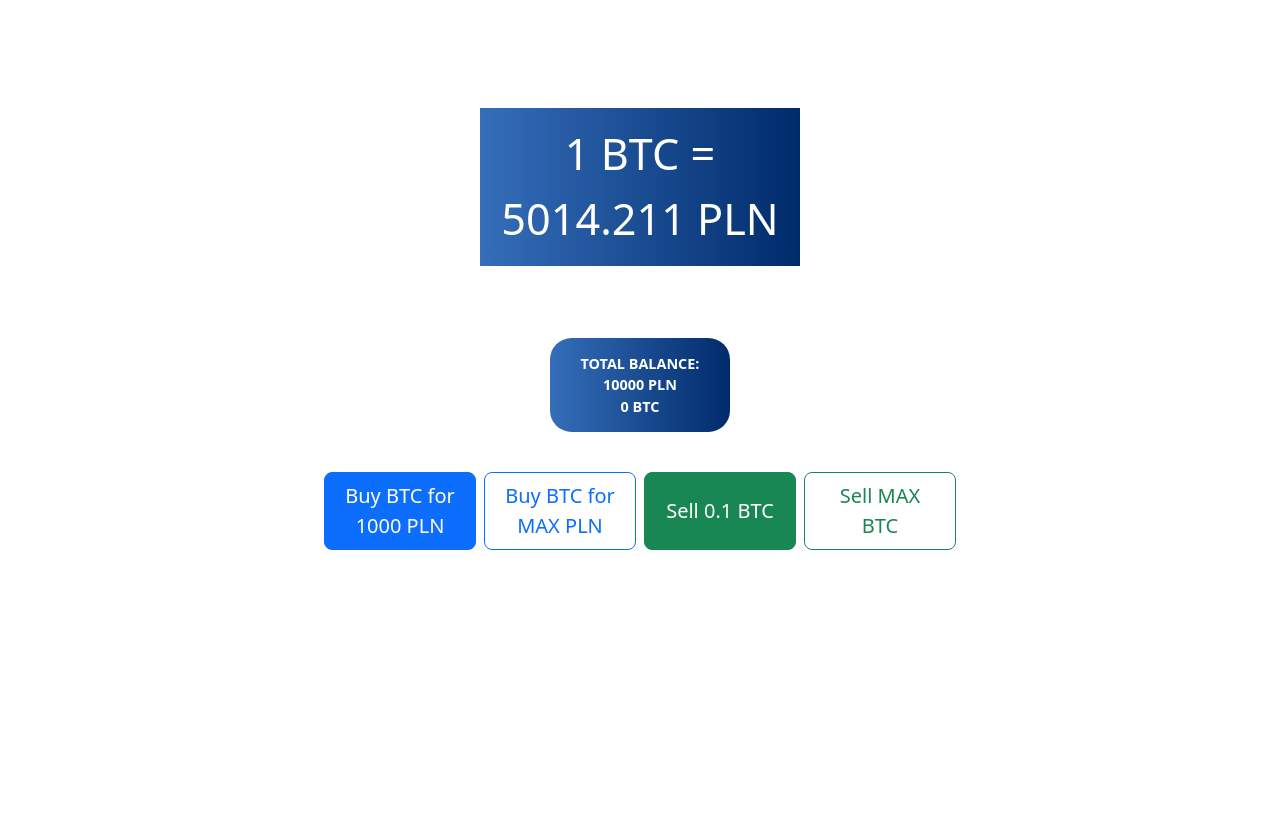
Repository: michalgornicki/bitcoin-virtual
Page: /
An editor plug-in stored every save of this project. The page is shown before and after the next save, followed by the edit.
The browser window is 1280 px wide. The pictures show the whole page.
The project was rebuilt for these pictures with package versions that can differ from the ones it lists, and the page was loaded fresh each time.

Above is the page before, as saved 2021-12-05 22:59:05.

### src/App.jsx
import React, { useState, useEffect } from "react";
import "./App.css";
import Button from "react-bootstrap/Button";
import "bootstrap/dist/css/bootstrap.min.css";

function App() {
  const [bitcoinPrice, setBitcoinPrice] = useState(5000);
  const [accountPLN, setAccountPLN] = useState(10000);
  const [accountBTC, setAccountBTC] = useState(0);

  const bitcoin = () => {
    let randomNumber = parseFloat((Math.random() * 20 - 10).toFixed(3));
    setBitcoinPrice((bitcoinPrice) =>
      parseFloat((bitcoinPrice + randomNumber).toFixed(3))
    );
    console.log(bitcoinPrice);

    setTimeout(bitcoin, 1000);
  };

  const buyBitcoin = () => {
    if (accountPLN >= 1000) {
      setAccountPLN(accountPLN - 1000);
      setAccountBTC((accountBTC) =>
        parseFloat((accountBTC + 1000 / bitcoinPrice).toFixed(6))
      );
      console.log(accountBTC);
    } else {
      setAccountPLN(0);
      setAccountBTC((accountBTC) =>
        parseFloat((accountBTC + accountPLN / bitcoinPrice).toFixed(6))
      );
    }
  };

  const buyMAXBitcoin = () => {
      setAccountPLN(0);
      setAccountBTC((accountBTC) =>
        parseFloat((accountBTC + accountPLN/bitcoinPrice).toFixed(6))
      );
      console.log(accountBTC);
  };

  const sellBitcoin = () => {
    if (accountBTC >= 0.1) {
      setAccountPLN(parseFloat((accountPLN + bitcoinPrice / 10).toFixed(6)));
      setAccountBTC((accountBTC) => parseFloat((accountBTC - 0.1).toFixed(6)));
      console.log(accountBTC);
    } else {
      setAccountPLN(
        parseFloat((accountPLN + bitcoinPrice * accountBTC).toFixed(6))
      );
      setAccountBTC((accountBTC) => parseFloat((0).toFixed(6)));
    }
  };

  const sellMAXBitcoin = () => {
      setAccountPLN(parseFloat((accountPLN + bitcoinPrice*accountBTC).toFixed(6)));
      setAccountBTC(0);
      console.log(accountBTC);
  };

  useEffect(() => {
    bitcoin();
  }, []);

  return (
    <div className="wrapper">
      <div className="price">1 BTC = {bitcoinPrice} PLN</div>
      <div className="account-container">
        <div className="account">TOTAL BALANCE:</div>
        <div className="account">{accountPLN} PLN</div>
        <div className="account">{accountBTC} BTC</div>
      </div>

      <div className="button-container w-50 m-auto">
        <Button variant="primary m-1 btn-lg w-50" onClick={buyBitcoin}>
          Buy BTC for 1000 PLN
        </Button>
        <Button variant="outline-primary m-1 btn-lg w-50" onClick={buyMAXBitcoin}>
          Buy BTC for MAX PLN
        </Button>
        <Button variant="success m-1 btn-lg w-50" onClick={sellBitcoin}>
          Sell 0.1 BTC
        </Button>
        <Button variant="outline-success m-1 btn-lg w-50" onClick={sellMAXBitcoin}>
          Sell MAX BTC
        </Button>
      </div>
    </div>
  );
}

export default App;

### src/App.css

body{
    font-family:'Segoe UI', Tahoma, Geneva, Verdana, sans-serif;
    user-select: none;
}

.wrapper{
    height: 100vh;
    display: block;
    margin: auto;
}

.price{
    font-size: 6vmin;
    display: block;
    margin: auto;
    margin-top: 15vmin;
    padding: 2vmin;
    text-align: center;
    width: 25%;
    color: rgb(255, 255, 255);
    background: linear-gradient(to left, rgb(0, 43, 107), rgb(53, 110, 185));

}

.account-container{
    display: block;
    margin: auto;
    margin-top: 10vmin;
    margin-bottom: 5vmin;
    background: linear-gradient(to left, rgb(0, 43, 107), rgb(53, 110, 185));
    color: white;
    padding: 2vmin;
    border-radius: 3vmin;
    width: 14%;
}

.account{
    font-size: 2vmin;
    font-weight: 600;
    display: block;
    margin: auto;
    text-align: center;
}

.button-container{
    display: flex;
    justify-content: center;
}

.button{
    height: 10vmin;
    width: 10vmin;
    background-color: green;
    color: white;
    text-align: center;
    display: block;
    margin: 2vmin;
    margin-top: 10vmin;
    cursor: pointer;
}

Loaded but not shown: public/index.html (common file); src/index.js (common file); src/index.css (common file); src/reportWebVitals.js (common file)

After the next save:
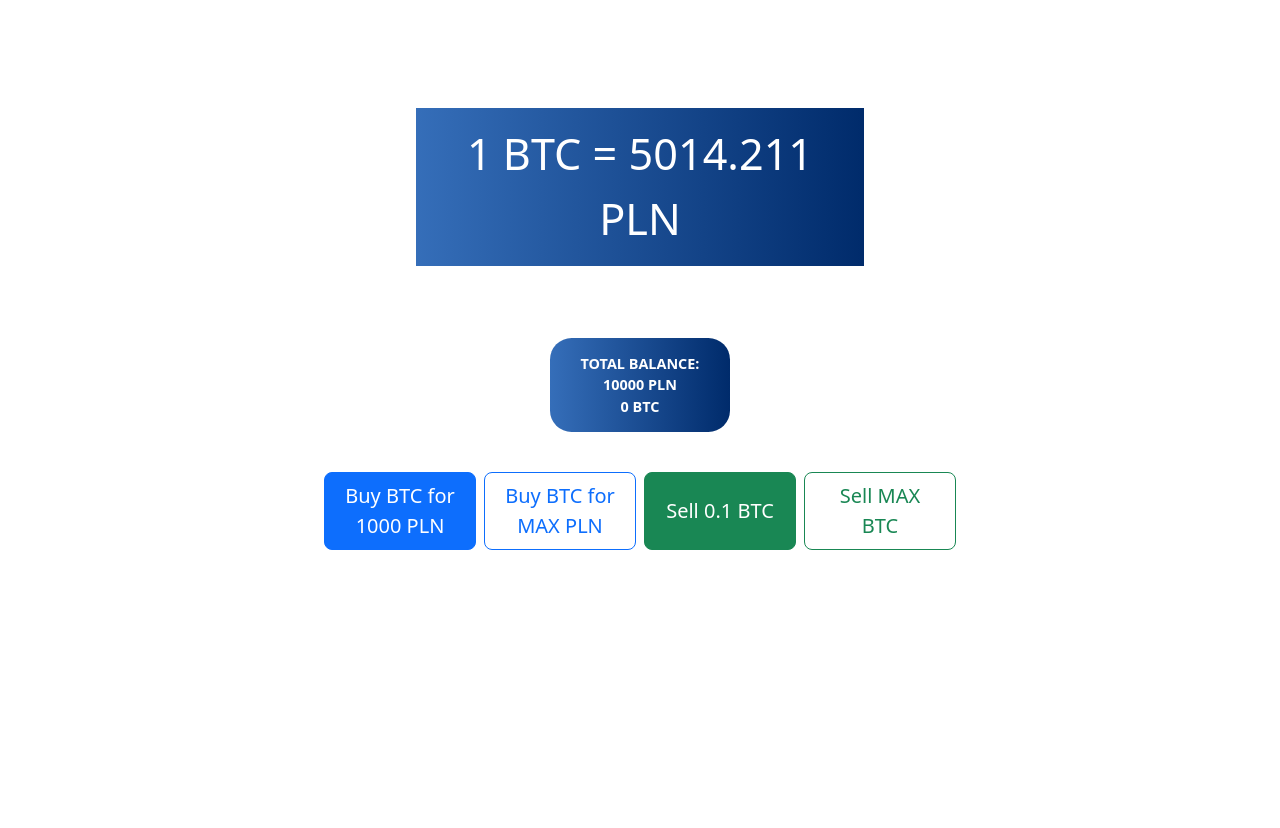
Saved 7 s later.
--- a/src/App.css
+++ b/src/App.css
@@ -17,7 +17,7 @@ body{
     margin-top: 15vmin;
     padding: 2vmin;
     text-align: center;
-    width: 25%;
+    width: 35%;
     color: rgb(255, 255, 255);
     background: linear-gradient(to left, rgb(0, 43, 107), rgb(53, 110, 185));
 
